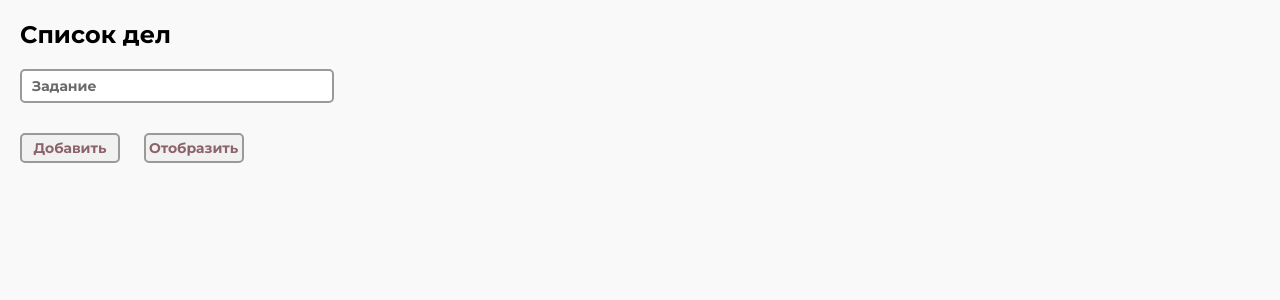
Repository: andbaik/it_unit9
Page: index.html
These files come from the project's save history. The page is drawn as it stood at one moment and after the next save; the edit follows.
The browser window is 1280 px wide. The pictures show the whole page.
After loading, the first visible `#add_btn` was clicked once.

Above is the page before, as saved 2021-04-11 13:41:46.
Console error: ReferenceError: consol is not defined

After the next save:
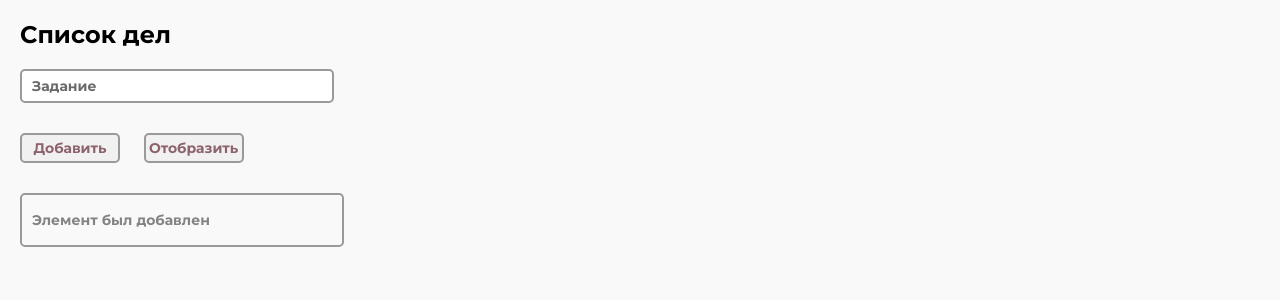
The error is gone.
Saved 37 s later.
--- a/index.html
+++ b/index.html
@@ -27,9 +27,7 @@
         $("#add_btn").on('click',function(){
             count++;
             let arr = $("input").val();
-            consol.log(arr);
-            consol.log(count);
-            $("#result").css("display", "block");
+           $("#result").css("display", "block");
             setTimeout( function(){$("#result").hide()}, 2000);
             $('<div>').attr({'class':'add_item'}).css({'display':'none'}).insertAfter ("#result");
                 $(".add_item").html("<h1>"+'Задание #'+count+' ' +task+"</h1>").appendTo($('.block'));
